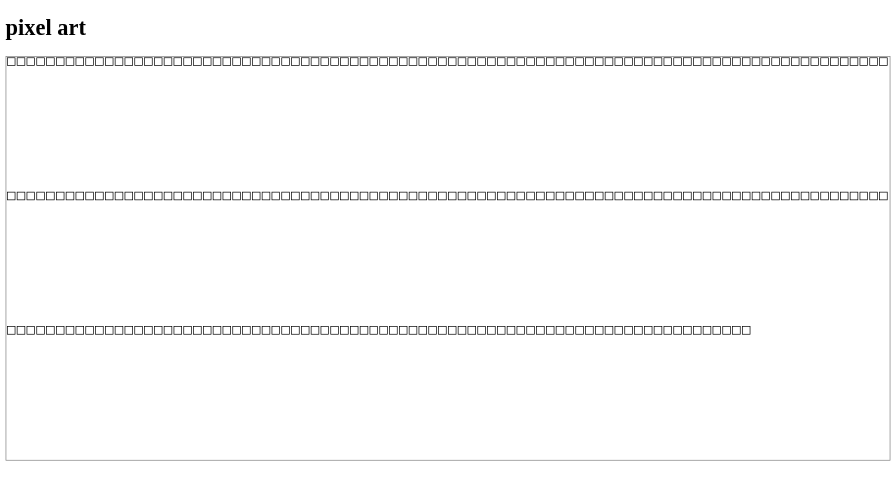
Repository: bechara611/pixelartdb
Page: /
An editor plug-in stored every save of this project. The page is shown before and after the next save, followed by the edit.
The browser window is 1280 px wide. The pictures show the whole page, at 70% of full size.
The project was rebuilt for these pictures with package versions that can differ from the ones it lists, and the page was loaded fresh each time. Also part of the build but not shown: vite.config.js.

Above is the page before, as saved 2023-03-05 19:41:13.

After the next save:
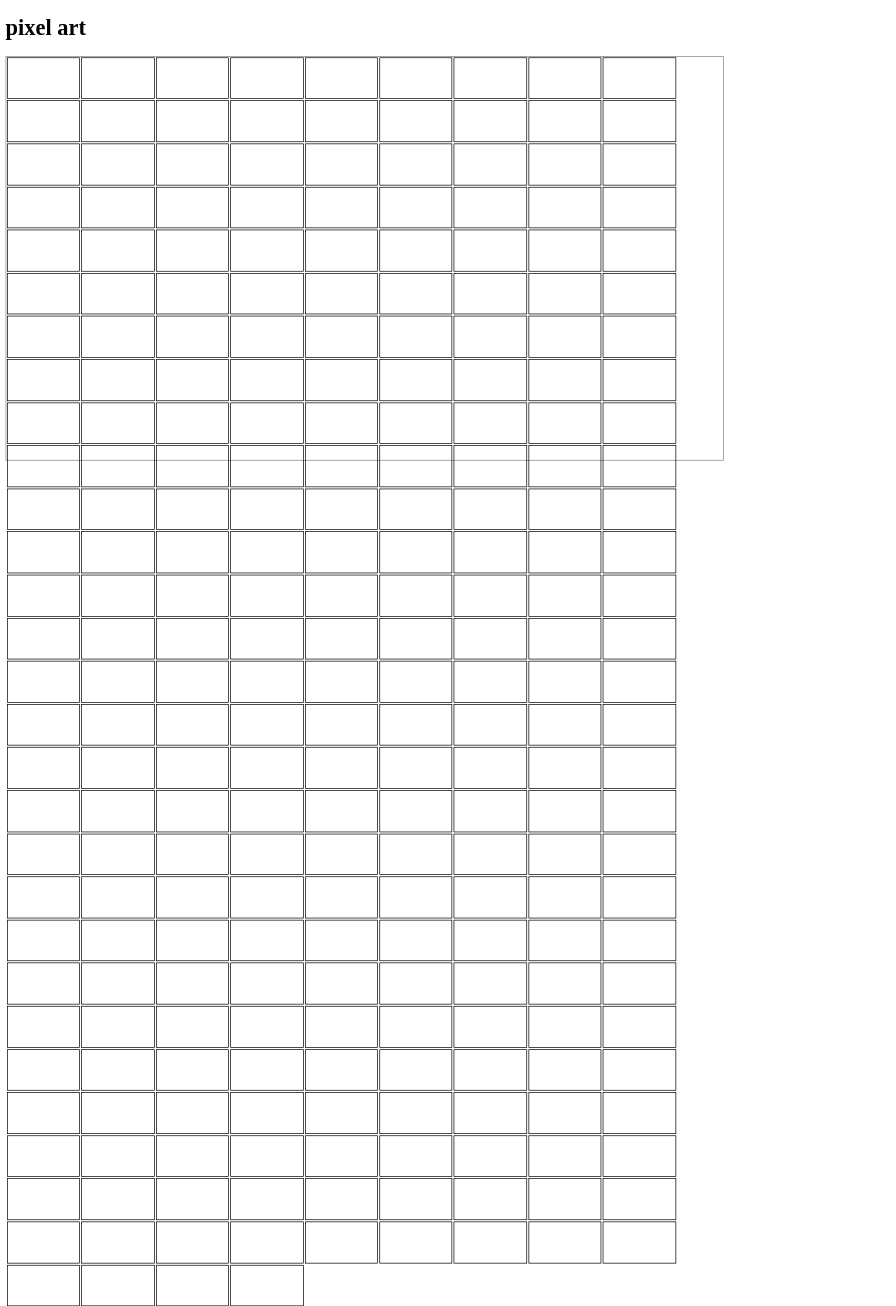
Saved 6 s later.
--- a/src/App.css
+++ b/src/App.css
@@ -1,7 +1,7 @@
 
 .pixel{
-  width: 10px;
-  height: 10px;
+  width: 10%;
+  height: 10%;
   border: 1px solid black;
   margin: 1px;
 
